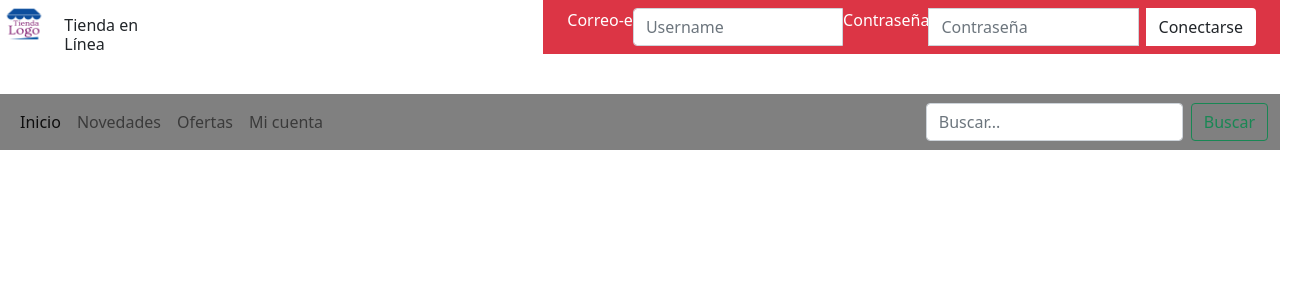
Repository: nicorp00/bootstrapSass
Page: Main/index.html
An editor plug-in stored every save of this project. The page is shown before and after the next save, followed by the edit.
The browser window is 1280 px wide. The page is 1292 px wide, so the pictures cover 1292 px, including what lies to the right of the window. The pictures show the whole page.
The style sheet was rebuilt from its Sass, Less or Tailwind sources for each picture, by a compiler version that may differ from the author's.

Above is the page before, as saved 2022-03-25 11:16:25.

### Main/index.html
<!DOCTYPE html>
<html lang="en">
<head>
    <meta charset="UTF-8">
    <meta http-equiv="X-UA-Compatible" content="IE=edge">
    <meta name="viewport" content="width=device-width, initial-scale=1.0">
    <title>Document</title>
    <link rel="stylesheet" href="css/style.css">
    <link rel="stylesheet" href="css/bootstrap.min.css">
</head>
<body>
    <section class="section__top row">
        <div class="col-2">
            <div class="card mb-3 border-0" style="max-width: 540px;">
                <div class="row g-0">
                  <div class="col-md-3">
                    <img src="img/logo.png" class="img-fluid rounded-start" alt="...">
                  </div>
                  <div class="col-md-9">
                    <div class="card-body">
                      <h6 class="card-title">Tienda en Línea</h6>
                    </div>
                  </div>
                </div>
              </div>
        </div>
        <div class="col-3"></div>
        <div class="top-nav col-7">
            <nav class="navbar navbar-danger bg-danger">
                <form class="container-fluid">
                  <div class="input-group">
                    <!--<span class="input-group-text" id="basic-addon1">@</span>-->
                    Correo-e<input type="text" class="form-control" placeholder="Username" aria-label="Correo@" aria-describedby="basic-addon1">
                    Contraseña<input class="form-control me-2" type="search" placeholder="Contraseña" aria-label="Search">
                    <button class="btn btn-outline" type="submit">Conectarse</button>
                  </div>
                </form>
              </nav>
        </div>
    </section>

    <section class="section__nav">
        <nav class="navbar navbar-expand-lg navbar-light">
            <div class="container-fluid">
              <button class="navbar-toggler" type="button" data-bs-toggle="collapse" data-bs-target="#navbarSupportedContent" aria-controls="navbarSupportedContent" aria-expanded="false" aria-label="Toggle navigation">
                <span class="navbar-toggler-icon"></span>
              </button>
              <div class="collapse navbar-collapse" id="navbarSupportedContent">
                <ul class="navbar-nav me-auto mb-2 mb-lg-0">
                  <li class="nav-item">
                    <a class="nav-link active" aria-current="page" href="#">Inicio</a>
                  </li>
                  <li class="nav-item">
                    <a class="nav-link" href="#">Novedades</a>
                  </li>
                  <li class="nav-item">
                    <a class="nav-link" href="#">Ofertas</a>
                  </li>
                  <li class="nav-item">
                    <a class="nav-link" href="#">Mi cuenta</a>
                  </li>
                </ul>
                <form class="d-flex">
                  <input class="form-control me-2" type="search" placeholder="Buscar..." aria-label="Search">
                  <button class="btn btn-outline-success" type="submit">Buscar</button>
                </form>
              </div>
            </div>
          </nav>
    </section>
    <script src="js/bootstrap.min.js"></script>
</body>
</html>

### Main/scss/style.scss
@use 'section__top';
@use 'section__nav';

### Main/scss/_section__top.scss
.section__top{
    span{
        margin-left: 20%;
    }
    form{
        color: white;
    }
    button{
        background-color: white;
    }
}

### Main/scss/_section__nav.scss
.section__nav{
    background-color: grey;

    .nav-item{
        color: white;
    }
}

Loaded but not shown: Main/css/bootstrap.min.css (library); Main/js/bootstrap.min.js (library)

After the next save:
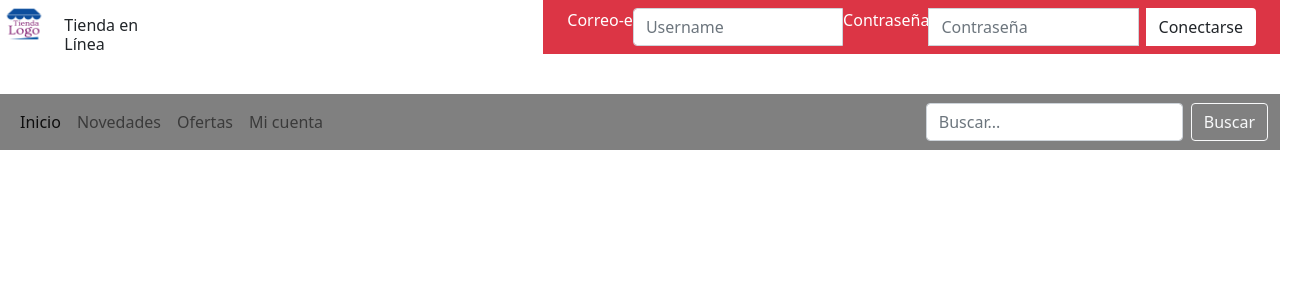
Saved 67 s later.
--- a/Main/index.html
+++ b/Main/index.html
@@ -62,7 +62,7 @@
                 </ul>
                 <form class="d-flex">
                   <input class="form-control me-2" type="search" placeholder="Buscar..." aria-label="Search">
-                  <button class="btn btn-outline-success" type="submit">Buscar</button>
+                  <button class="btn btn-outline-light" type="submit">Buscar</button>
                 </form>
               </div>
             </div>
